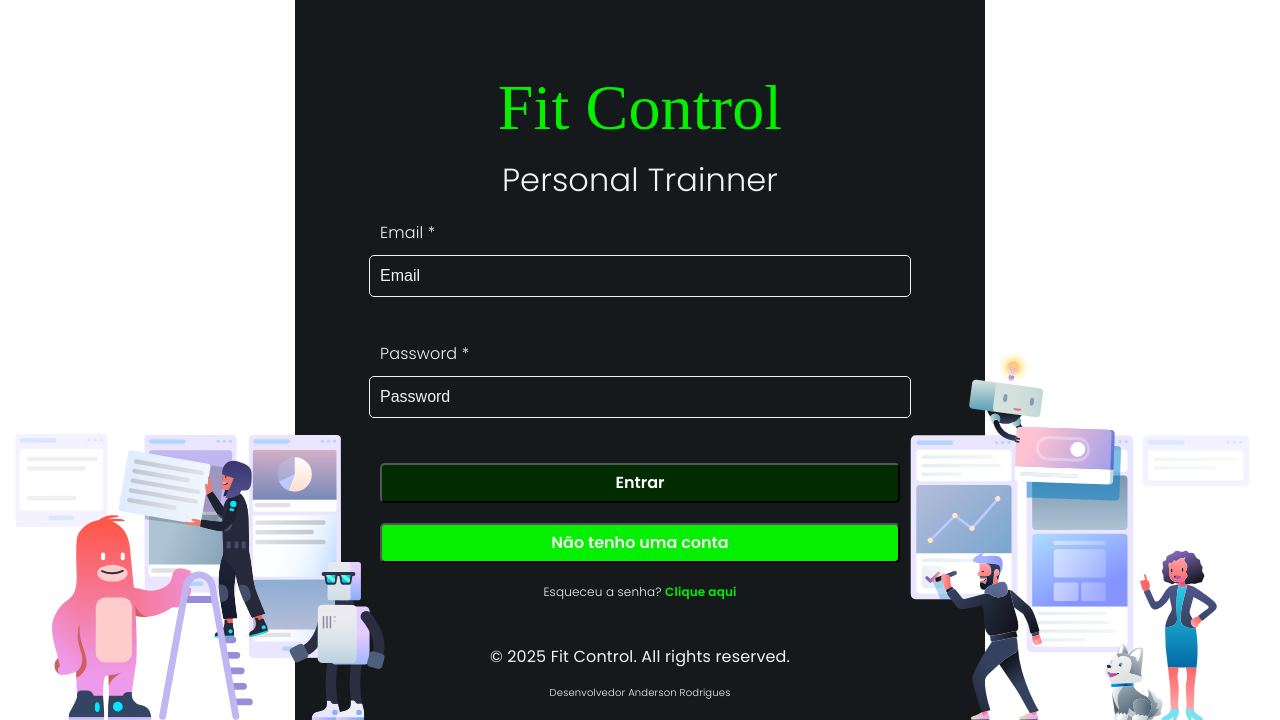
Repository: fit-control/frontend-fit-control
Page: /
An editor plug-in stored every save of this project. The page is shown before and after the next save, followed by the edit.
The browser window is 1280 px wide. The pictures show the whole page.
The pointer rests on the first visible `.registerButton`.
Some web fonts or font styles are not loaded; a fallback is used. The project was rebuilt for these pictures with package versions that can differ from the ones it lists, and the page was loaded fresh each time. The framework's server and built-in components were replaced by stand-ins that run in the browser. Also part of the build but not shown: next.config.js, vite.config.ts.

Above is the page before, as saved 2025-01-18 23:03:14.

### src/app/layout.tsx
/* eslint-disable @next/next/no-img-element */
import "./globals.css";
import Home from "./page";
export default function RootLayout({
  // children,
}: Readonly<{
  children: React.ReactNode;
}>) {
  return (
    <html lang="en">
      <body>
          <Home />
      </body>
    </html>
  );
}

### src/app/page.tsx
import ContainerCenterLogin from "./components/containerCenterLogin";

export default function Home() {
  return (
    <div className="items-center justify-items-center min-h-screen flex">
      <ContainerCenterLogin />
    </div>
  );
}

### src/app/globals.css
@import url('https://fonts.googleapis.com/css2?family=Alike+Angular&family=Platypi:ital,wght@0,300..800;1,300..800&family=Poppins:ital,wght@0,100;0,200;0,300;0,400;0,500;0,600;0,700;0,800;0,900;1,100;1,200;1,300;1,400;1,500;1,600;1,700;1,800;1,900&display=swap');
@import url('https://fonts.googleapis.com/css2?family=Aguafina+Script&family=Alike+Angular&family=Platypi:ital,wght@0,300..800;1,300..800&family=Poppins:ital,wght@0,100;0,200;0,300;0,400;0,500;0,600;0,700;0,800;0,900;1,100;1,200;1,300;1,400;1,500;1,600;1,700;1,800;1,900&display=swap');
/* @tailwind base;
@tailwind components;
@tailwind utilities; */

/* :root {
  --background: #ffffff;
  --foreground: #171717;
}

@media (prefers-color-scheme: light) {
  :root {
    --background: #0a0a0a;
    --foreground: #ededed;
  }
} */

body {
  padding: 0;
  margin: 0;
  font-family: Poppins, sans-serif;
  font-size: 16px;
  line-height: 1.5;
  font-weight: 400;
  letter-spacing: 0.01em;
  display: flex;
  justify-content: center;
  align-items: center;

  .iconPageLeft {
    position: absolute;
    left: 0;
    bottom: 0;
    max-width: 400px;
    max-height: 400px;

    @media (max-width: 1263px) {
      max-width: 300px;
      max-height: 300px;
    }
    @media (max-width: 1080px) {
      max-width: 200px;
      max-height: 200px;
    }
    @media (max-width: 900px) {
      display: none;
    }
  }
  .iconPageRight {
    position: absolute;
    right: 0;
    bottom: 0;
    max-width: 400px;
    max-height: 400px;

    @media (max-width: 1263px) {
      max-width: 300px;
      max-height: 300px;
    }

    @media (max-width: 1080px) {
      max-width: 200px;
      max-height: 200px;
    }
    @media (max-width: 900px) {
      display: none;
    }
  }

  .containerLogin {
    min-width: 650px;
    min-height: calc(100vh - 40px);
    display: flex;
    flex-direction: column;
    justify-content: space-between;
    padding: 20px;
    align-items: center;
    background-color: #16191B;

    .divTitle {
      margin-top: 40px;
      display: flex;
      flex-direction: column;
      align-items: center;
      justify-content: center;

      h1 {
        margin: 0;
        color: #04F000;
        font-family: 'Aguafina Script', cursive;
        font-size: 4rem;
        font-weight: 400;
      }
      h3 {
        margin: 0;
        color: #F2F2F2;
        font-family: 'Poppins', sans-serif;
        font-size: 2rem;
        font-weight: 300;
      }
    }
    p {
      color: #F2F2F2;
    }
    footer {
      display: flex;
      flex-direction: column;
      align-items: center;
      justify-content: center;

      .assignDeveloper {
        margin: 0%;
        color: #F2F2F2;
        font-size: 10px;
        font-weight: 300;
      }
    }

    @media (max-width: 900px) {
      max-width: 100vw;
    }
    .centerCard {
      display: flex;
      flex-direction: column;
      align-items: center;
      justify-content: center;
      gap: 10px;
      width: -webkit-fill-available;

      input {
        width: 80%;
        height: 40px;
        border: 1px solid #F2F2F2;
        border-radius: 5px;
        padding: 0 10px;
        background-color: #16191B;
        color: #F2F2F2;
        font-size: 16px;
        font-weight: 300;
        outline: none;
        margin-bottom: 35px;
        transition: all 0.3s ease;
        &::placeholder {
          color: #F2F2F2;
          font-size: 16px;
          font-weight: 300;
        }
        &:focus {
          border-color: #04F000;
        }
      }
      label {
        color: #F2F2F2;
        font-size: 16px;
        font-weight: 300;
        display: flex;
        justify-content: flex-start;
        width: 80%;
      }
      button {
        width: 80%;
        height: 40px;
        border-radius: 5px;
        padding: 0 10px;
        background-color: #012B00;
        color: #FFFFFF;
        font-family: 'Poppins', sans-serif;
        font-size: 16px;
        font-weight: 600;
        outline: none;
        transition: all 0.3s ease;
      }
      button:hover {
        background-color: #F2F2F2;
        color: #16191B;
        cursor: pointer;
      }
      button:active {
        background-color: #04F000;
        color: #16191B;
        cursor: pointer;
        opacity: 0.5;
      }
      button:disabled {
        background-color: #F2F2F2;
        color: #16191B;
        cursor: not-allowed;
        opacity: 0.5;
      }
      button:focus {
        outline: none;
      }
      button:focus-visible {
        outline: 1px solid #F2F2F2;
      }
      .registerButton {
        background-color: #F2F2F2;
        color: #012B00;
        font-family: 'Poppins', sans-serif;
        font-size: 16px;
        font-weight: 600;
        outline: none;
        transition: all 0.3s ease;
        margin-top: 10px;

      }
      .registerButton:hover {
        background-color: #04F000;
        color: #F2F2F2;
        cursor: pointer;
      }
      .registerLink {
        color: #04F000;
        font-weight: 600;
      }
      .forgotPassword {
        margin-top: 10px;
        font-size: 12px;
        font-weight: 300;
      }
      .registerLink {
        color: #04F000;
        font-weight: 600;
        text-decoration: none;
      }
      .registerLink:hover {
        text-decoration: underline;
      }
    }
  }
}

### src/app/components/containerCenterLogin.tsx
/* eslint-disable react/no-unescaped-entities */
/* eslint-disable @next/next/no-img-element */
const ContainerCenterLogin = () => {
  return (
    <div><img src="/trello-right.e6e102c7 (1).svg" alt="iconPageLeft" className="iconPageLeft" />
        <main className="containerLogin">
        <div className="divTitle">
          <h1 className="title">Fit Control</h1>
          <h3 className="subtitle">Personal Trainner</h3>
        </div>
        <div className="centerCard">
          <label htmlFor="email">Email *</label>
          <input type="text" placeholder="Email" />
          <label htmlFor="password">Password *</label>
          <input type="password" placeholder="Password" />
          <button>Entrar</button>
          <button className="registerButton">Não tenho uma conta</button>
          <p className="forgotPassword">Esqueceu a senha? <a href="/register" className="registerLink">Clique aqui</a></p>
        </div>
        <footer className="">
          <p className="">
            &copy; {new Date().getFullYear()} Fit Control. All rights reserved.
          </p>
          <p className="assignDeveloper">Desenvolvedor Anderson Rodrigues</p>
        </footer>
      </main>
      <img src="/trello-left.4f52d13c (1).svg" alt="iconPageRight" className="iconPageRight" />
    </div>
  );
};

export default ContainerCenterLogin;

Loaded but not shown: tailwind.config.js (common file)

After the next save:
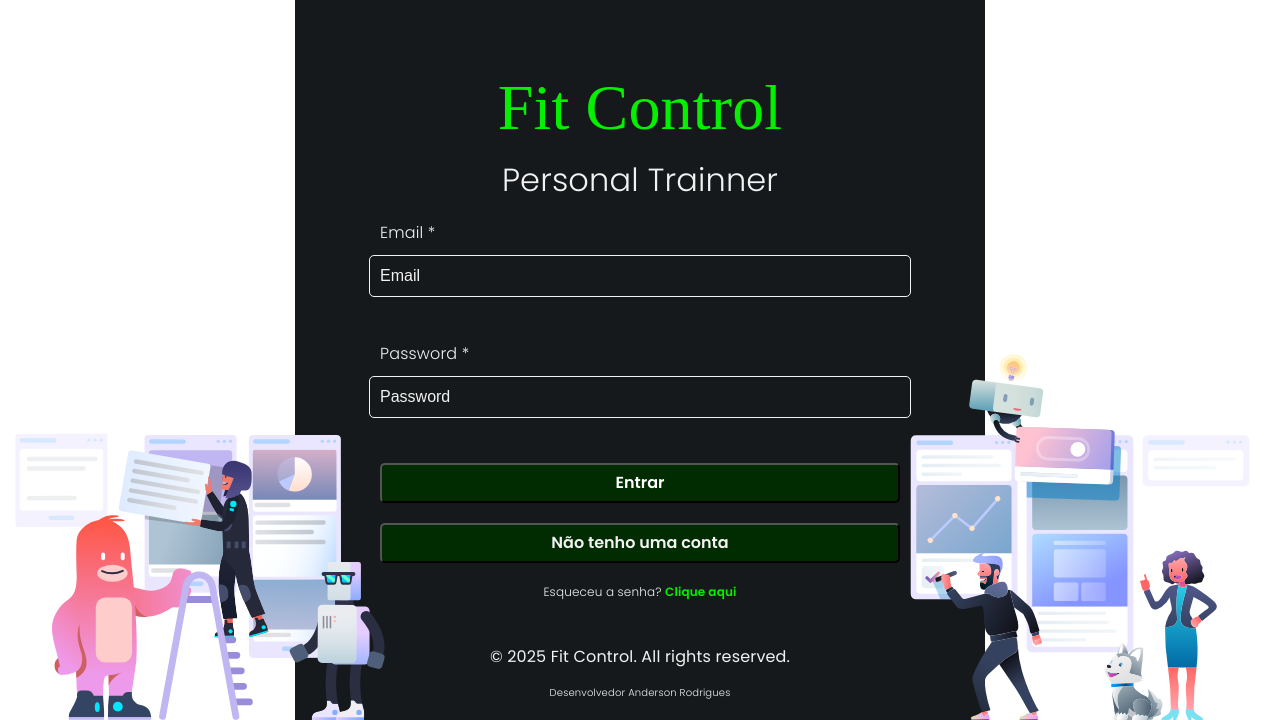
Saved 53 s later.
--- a/src/app/globals.css
+++ b/src/app/globals.css
@@ -206,7 +206,7 @@ body {
 
       }
       .registerButton:hover {
-        background-color: #04F000;
+        background-color: #012B00;
         color: #F2F2F2;
         cursor: pointer;
       }
